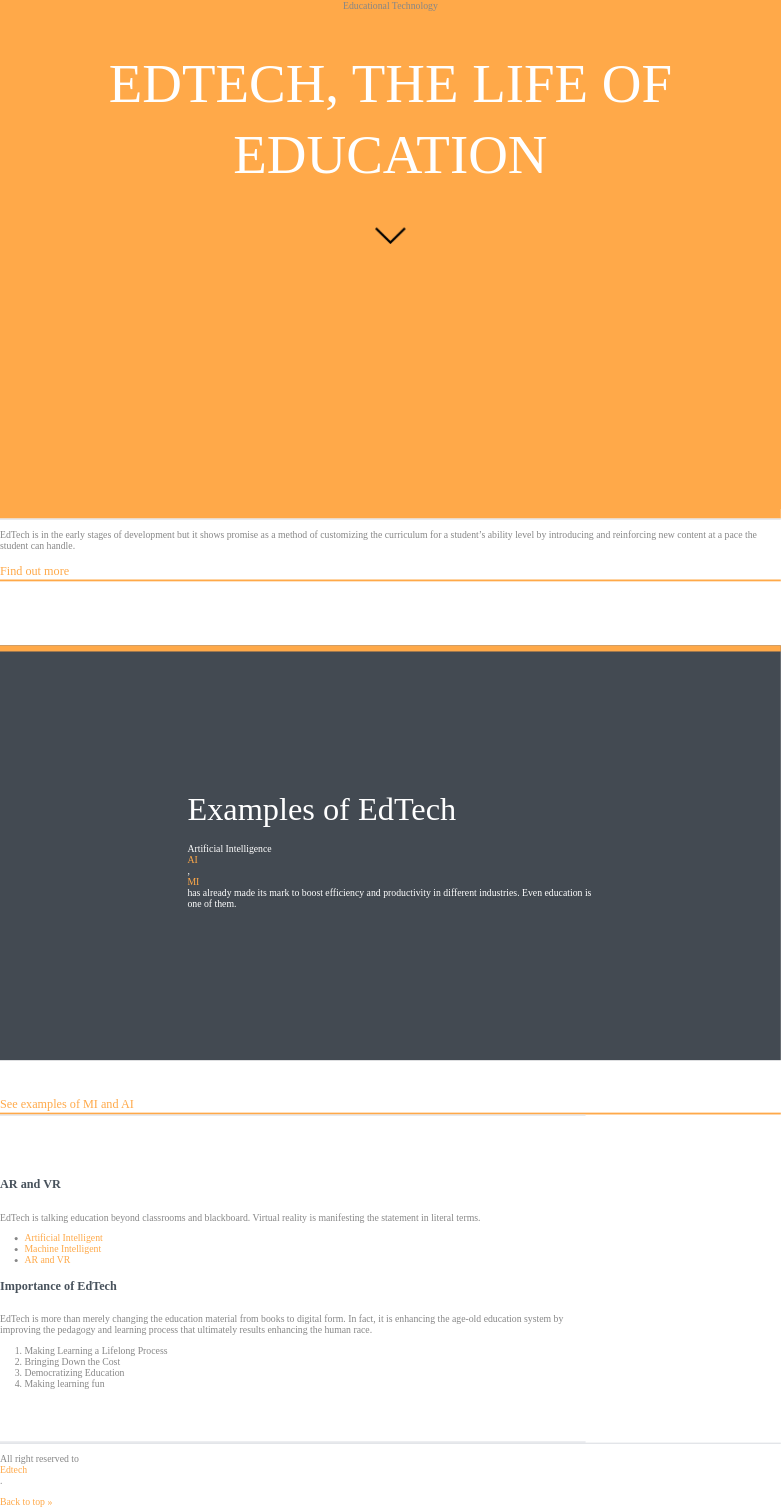
Repository: tunmishyi/edtech
Page: index.html
An editor plug-in stored every save of this project. The page is shown before and after the next save, followed by the edit.
The browser window is 1280 px wide. The pictures show the whole page, at 61% of full size.

Above is the page before, as saved 2020-06-12 02:02:52.

### index.html
<html>
	<head>
		<title>EdTech</title>
		<link rel="stylesheet" href="/home/peterolayinka/Documents/archive/tutorial/jumoke/css/style.css">
	</head>
	<body>
		<header id="top" class="main-header">
			<span class"title">Educational Technology</span>
			<h1>EdTech, The life of Education</h1>
			<img class="arrow" src="img/arrow.png" alt="Down arrow">
		</header>

		<div class="primary-content, t-border">
			<p>
					EdTech is in the early stages of development but it shows promise as a method of customizing the curriculum for a student’s ability level by introducing and reinforcing new content at a pace the student can handle.
			</p>
			<a class="callout" href="#more">Find out more</a>

			<div class="edtech">
			<h2>Examples of EdTech</h2>
			<p>
				Artificial Intelligence <a href="#">AI</a>, <a href="#">MI</a> has already made its mark to boost efficiency and productivity in different industries. Even education is one of them.
			</p>
		</div>

			<a class="callout" href="#edtech" >See examples of MI and AI</a>
		</div> <!-- End .primary=comtent-->

		<div class="secondary-content t-border">
			<h3>AR and VR</h3>
				<p>
					EdTech is talking education beyond classrooms and blackboard. Virtual reality is manifesting the statement in literal terms.
				</p>
				<ul>
					<li><a href="#">Artificial Intelligent</a></li>
					<li><a href="#">Machine Intelligent</a></li>
					<li><a href="#">AR and VR</a></li>
				</ul>
				<h3>Importance of EdTech</h3>
				<p>
					EdTech is more than merely changing the education material from books to digital form. In fact, it is enhancing the age-old education system by improving the pedagogy and learning process that ultimately results enhancing the human race.
				</p>
				<ol>
					<li>Making Learning a Lifelong Process</li>
					<li>Bringing Down the Cost</li>
					<li>Democratizing Education</li>
					<li>Making learning fun</li>
				</ol>
			</div>

			<footer id="main-footer" class="t-border">
				<p>All right reserved to <a href="#">Edtech</a>.</p>
				<a href="#top">Back to top &raquo;</a>
			</footer>
	</body>
</html>

### style.css
/*Type Selectors */

body {
   color: #878787;
   margin: 0;
   font-size: 1em;
}

h1 {
    font-size: 5.625rem; /* 90px/16px */
    color: rgba(255, 255, 255, 1);
    text-transform: uppercase;
    font-weight: normal;
    line-height: 1.3;
    }

    h2 {
        font-size: 3.3125em; /* 53px/16px */
        font-weight: normal;
        line-height: 1.1;
        margin: 0 0 .5em; /* 0 0 26px  */
    }

    h3 {
        font-size: 1.25em; /* 20px/16px */
        color: #48525c;
        line-height: 1.2;
        margin-bottom: 1.7em; /* 34px */
    }

    /* li {
        display: inline-block;
        padding: 0 12px;
        border-right: solid 1px;
        margin: 80px 0;
    } */

 /* Pseudo classes */
    a:link {
        color: rgb(255, 169, 73);
        text-decoration: none;
        display: block;
     }

    a:visited {
        color: lightblue;
    }

    a:hover {
        color: rgba(255, 169, 73, .4);
    }

    a:active {
        color: lightcoral;
    }

    /*Main Styles---- */

    .main-header {
        background-color: #ffa949;
        padding-top: 17  0px;
        height: 850px;
       }

    .title {
        color: white;
        font-size: 1.625rem; /* 26px/16px  */
    }

    .primary-content,
    .main-header,
    .main-footer {
        text-align: center;
    }

    .primary-content {
        padding-top: 25px;
        padding-bottom: 95px;
    }

    .secondary-content {
        padding-top: 80px;
        padding-bottom: 70px;
        border-bottom: 2px solid #dfe2e6;
    }

    .callout {
        font-size: 1.25em;
        border-bottom: 3px solid;
        padding: 0 0px 3px;
        margin-top: 20px;
        display: inline-block;
    }

    .main-footer {
        padding-top: 60px;
        padding-bottom: 60px;
        border-bottom: 10px solid #ffa949;
    }

    .t-border {
        border-top: 2px solid #dfe2e6; /* Top Border styles */
    }


    /*Layout styles-----*/

    .primary-content,
    .secondary-content {
        width: 960px;
        padding
        margin: auto;
    }

    .edtech {
        color: white;
        background-color: #434a52;
        padding: 18% 24%;
        border-top: 10px solid #ffa949;
        margin: 105px 0 60px;
     }

     .arrow {
         width: 50px;
     }

After the next save:
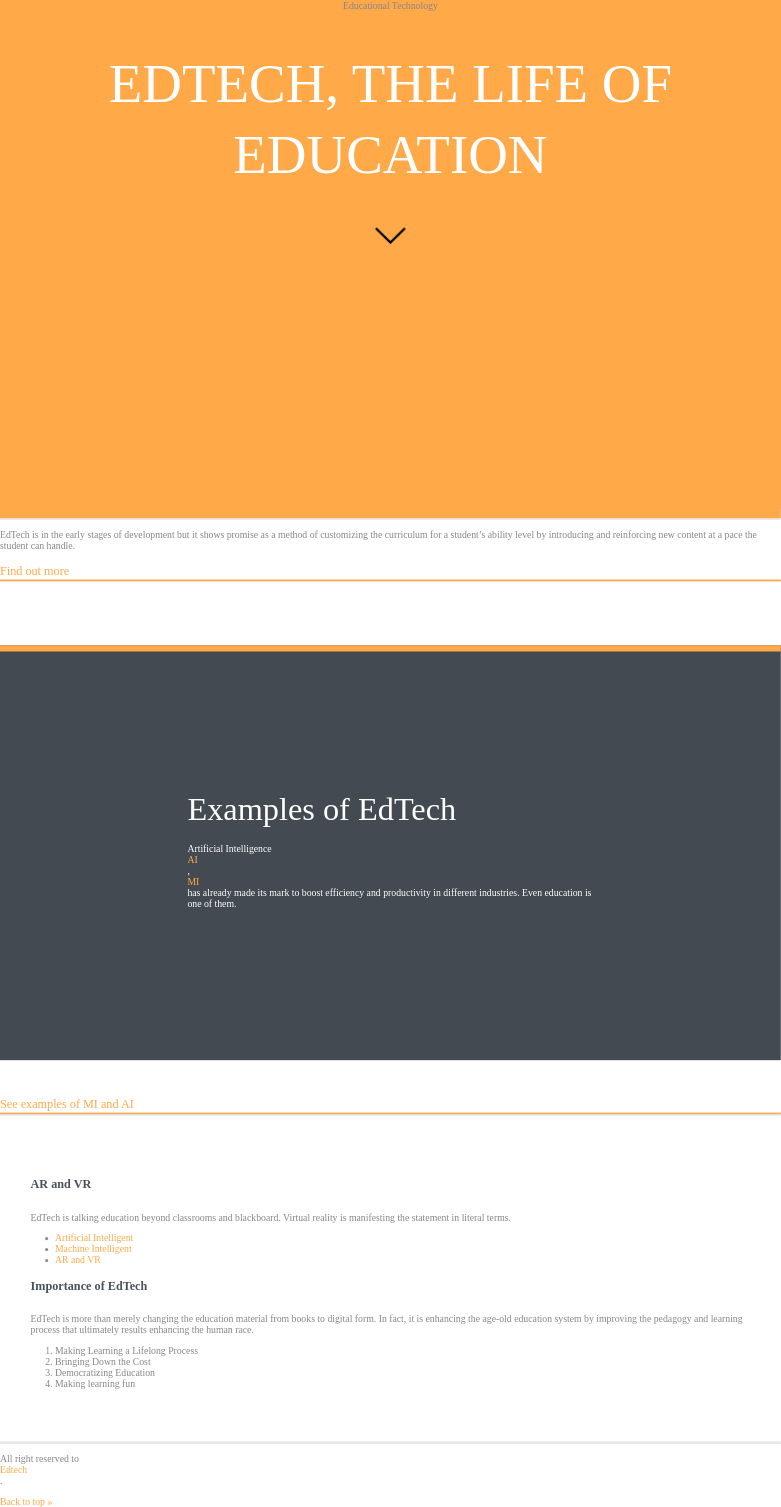
Saved 2 min 52 s later.
--- a/style.css
+++ b/style.css
@@ -107,8 +107,10 @@ h1 {
 
     .primary-content,
     .secondary-content {
-        width: 960px;
-        padding
+        width: 9 60px;
+        box-sizing: border-box;
+        padding-left: 50px;
+        padding-right: 50px;
         margin: auto;
     }
 
